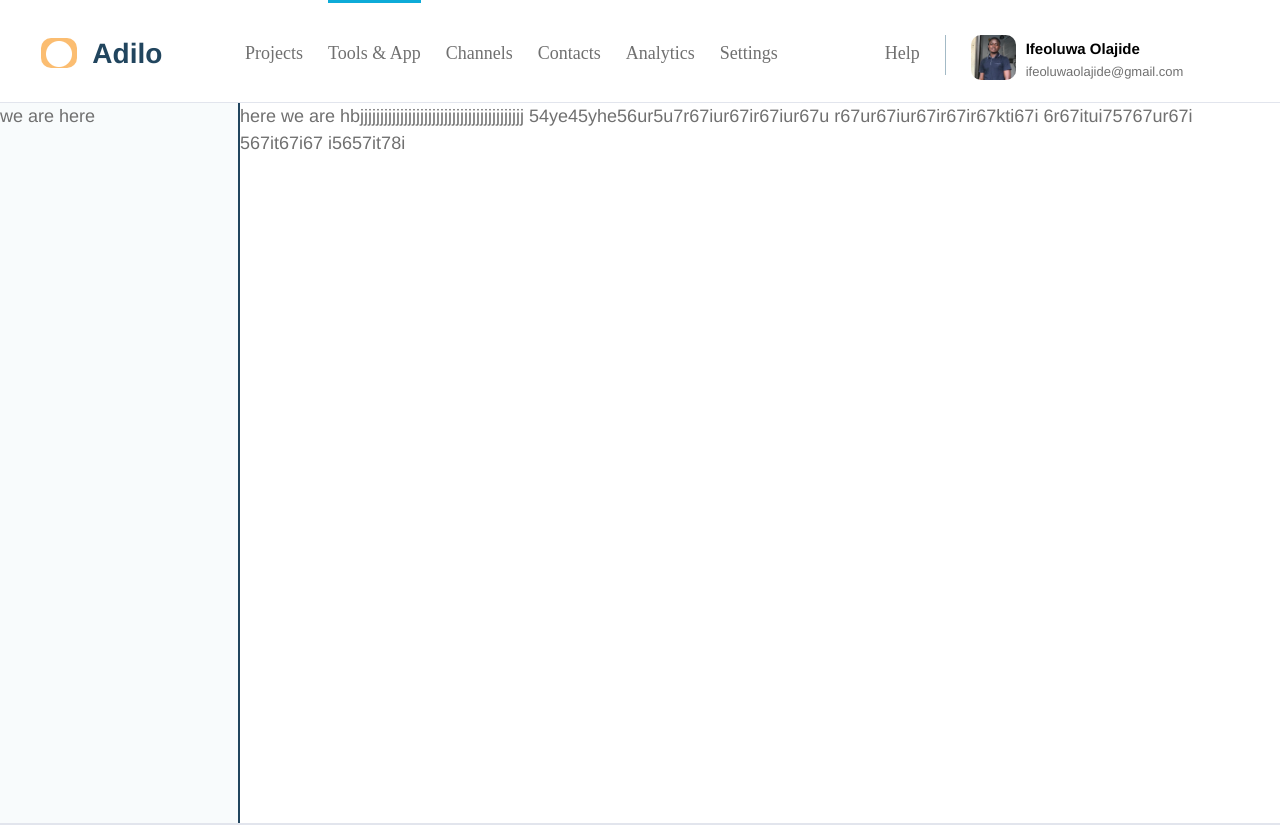
Repository: olhighjay/video_recorder
Page: /
An editor plug-in stored every save of this project. The page is shown before and after the next save, followed by the edit.
The browser window is 1280 px wide. The pictures show the whole page.
Some web libraries are served in a nearby version. The project was rebuilt for these pictures with package versions that can differ from the ones it lists, and the page was loaded fresh each time. Also part of the build but not shown: vue.config.js.

Above is the page before, as saved 2022-07-28 18:27:14.

### public/index.html
<!DOCTYPE html>
<html lang="">
  <head>
    <meta charset="utf-8">
    <meta http-equiv="X-UA-Compatible" content="IE=edge">
    <meta name="viewport" content="width=device-width,initial-scale=1.0">
    <link rel="icon" href="<%= BASE_URL %>favicon.ico">
    <title><%= htmlWebpackPlugin.options.title %></title>
    <link rel="stylesheet" href="https://cdn.jsdelivr.net/npm/bootstrap@4.0.0/dist/css/bootstrap.min.css" integrity="sha384-Gn5384xqQ1aoWXA+058RXPxPg6fy4IWvTNh0E263XmFcJlSAwiGgFAW/dAiS6JXm" crossorigin="anonymous">
  </head>
  <body>
    <noscript>
      <strong>We're sorry but <%= htmlWebpackPlugin.options.title %> doesn't work properly without JavaScript enabled. Please enable it to continue.</strong>
    </noscript>
    <div id="app"></div>
    <!-- built files will be auto injected -->


    <script src="https://code.jquery.com/jquery-3.2.1.slim.min.js" integrity="sha384-KJ3o2DKtIkvYIK3UENzmM7KCkRr/rE9/Qpg6aAZGJwFDMVNA/GpGFF93hXpG5KkN" crossorigin="anonymous"></script>
<script src="https://cdn.jsdelivr.net/npm/popper.js@1.12.9/dist/umd/popper.min.js" integrity="sha384-ApNbgh9B+Y1QKtv3Rn7W3mgPxhU9K/ScQsAP7hUibX39j7fakFPskvXusvfa0b4Q" crossorigin="anonymous"></script>
<script src="https://cdn.jsdelivr.net/npm/bootstrap@4.0.0/dist/js/bootstrap.min.js" integrity="sha384-JZR6Spejh4U02d8jOt6vLEHfe/JQGiRRSQQxSfFWpi1MquVdAyjUar5+76PVCmYl" crossorigin="anonymous"></script>
  </body>
</html>

### src/App.vue
<template>
  <!-- <img alt="Vue logo" src="./assets/logo.png"> -->
  <div>
    <navbar></navbar>
    <div id="main-flex">
      <div class="my-sidebar">
        we are here
      </div>
      <div class="my-main">
        here we are hbjjjjjjjjjjjjjjjjjjjjjjjjjjjjjjjjjjjjjjjjj
        54ye45yhe56ur5u7r67iur67ir67iur67u
        r67ur67iur67ir67ir67kti67i 6r67itui75767ur67i
        567it67i67 i5657it78i
      </div>
    </div>
  </div>
</template>

<script>
// import HelloWorld from './components/HelloWorld.vue'
import Navbar from './layouts/Navbar.vue'

export default {
  name: 'App',
  components: {
    Navbar
  }
}
</script>

<style>

#main-flex {
  display: flex;
}
.my-sidebar {
  flex: 0 0 240px;
  height: 100vh;
  background-color: #ebf2f656;
  border-right: 2px solid #21455E;
  /* width:250px; */
}
.my-main {
  flex: 1;
  flex-wrap: wrap;
}



#app {
  font-family: Avenir, Helvetica, Arial, sans-serif;
  -webkit-font-smoothing: antialiased;
  -moz-osx-font-smoothing: grayscale;
   /* text-align: center; */
   font-size: 18px;
  color: #707070;
  border-bottom: solid 2px #E2E5ED;
  width: 100vw;
  /* margin-top: 60px;  */
}


</style>

### src/layouts/Navbar.vue
<template>
    <nav class="">
      <div class="nav-logo-area">
        <div class="nav-logo-area-inner">
          <div class="white-logo-wrap">
            <span class="white-logo-bkg">
            <img alt="Adilo logo" src="../assets/swarm.png">
            </span>
          </div>
          <div class="adilo">Adilo</div>
        </div>
      </div>
      <div class="nav-tab">
        <ul class="my-nav-list">
          <li><a>Projects</a></li>
          <li class="active-nav-item"> <a>Tools & App</a></li>
          <li><a>Channels</a></li>
          <li><a>Contacts</a></li>
          <li><a>Analytics</a></li>
          <li><a>Settings</a></li>
        </ul>
      </div>
      <div class="nav-profile">
        <ul class="my-nav-list">
          <li><a>Help</a></li>
        </ul>
        <div class="profile-info">
          <div class="profile-border"></div>
          <div >
            <img alt="Profile Image" src="../assets/profile.jpg" class="profile-img">
          </div>
          <div style="margin-left:10px">
            <span class="profile-name">Ifeoluwa Olajide </span>
            <p class="profile-email">ifeoluwaolajide@gmail.com</p>
          </div>
        </div>
      </div>
    </nav>
</template>
<script>
export default {
    name: 'NavbarComponent'
}
</script>
<style>
     nav {
    display: flex;
    /* height: 69px; */
    padding: 0 0.032%;
    border-bottom: solid 1px #E2E5ED;
  }

  .nav-logo-area {
    flex: 0 0 16%;
    padding-left: 3.2%;
    padding-top: 19px;
    padding-bottom: 27px;
  }
  .nav-logo-area-inner {
    display: flex;
  }
  .nav-tab {
    flex: 0 0 50%;
  }
  .nav-profile {
    flex: 0 0 34%;
    display: flex;
  }
  .my-nav-list {
    list-style: none;
    padding-top: 40px;
  }
  .my-nav-list>li {
    display: inline;
    margin-right: 25px;
    padding-top: 40px;
  }
  .my-nav-list>li>a {
    text-align: left;
    font: normal normal normal 18px/27px Poppins;
    letter-spacing: 0px;
    color: #707070;
    opacity: 1
  }
  .white-logo-wrap {
    padding-top:21px;
  }
  .white-logo-bkg {
    background-color:#FBBD71;
    padding:5px;
    border-radius:10px;
  }
  .adilo {
    font-size:28px;
    margin-left:15px;
    font-weight:bold;
    color:#21455E;
    padding-top:14px;
  }
  .profile-info {
    padding-top:35px;
    display:flex;
  }
  .active-nav-item {
    border-top: 6px solid #0DABD8;
  }
  .profile-border {
    border-left: 1px solid #A3BAC6;
    padding-left:25px;
    height:40px;
  }
  .profile-img {
    width:45px; height: 45px;
    border-radius:10px;
  }
  .profile-name {
    font-weight:bold;
    font-size:15px;
    color:black;
  }
  .profile-email {
    font-size:13px;
  }
</style>

Loaded but not shown: src/main.js (common file)

After the next save:
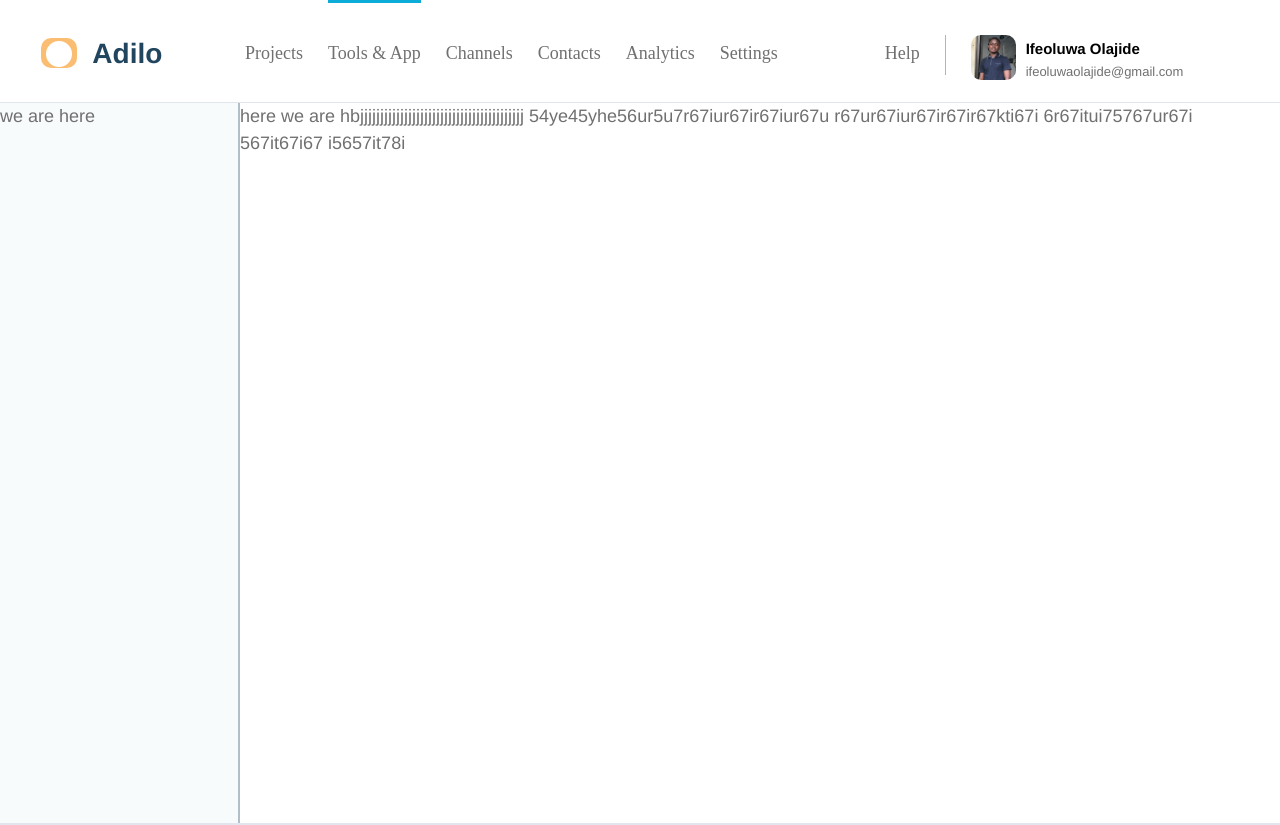
Saved 86 s later.
--- a/src/App.vue
+++ b/src/App.vue
@@ -37,7 +37,8 @@
   flex: 0 0 240px;
   height: 100vh;
   background-color: #ebf2f656;
-  border-right: 2px solid #21455E;
+  border-right: 2px solid #21455e54;
+  /* border-right: 2px solid #21455E; */
   /* width:250px; */
 }
 .my-main {
